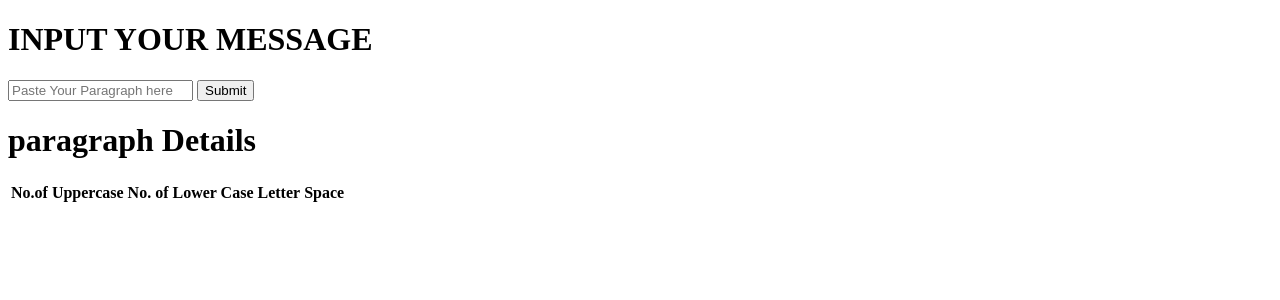
Repository: SharonSebastian32/Paragraph_management_application
Page: index.html
The author's editor kept a copy of each file at every save. The page is drawn from the files as they stood at one save, then again after a run of saves.
The browser window is 1280 px wide. The pictures show the whole page.

Above is the page before, as saved 2024-08-22 14:31:41.

### index.html
<!DOCTYPE html>
<html lang="en">
  <head>
    <meta charset="UTF-8" />
    <meta name="viewport" content="width=device-width, initial-scale=1.0" />
    <title>Document</title>
  </head>
  <body>
    <div class="container">
      <h1>INPUT YOUR MESSAGE</h1>
      <form action="">
        <input
          type="textarea"
          name=""
          id=""
          placeholder="Paste Your Paragraph here"
        />
        <button>Submit</button>
      </form>
      <h1>paragraph Details</h1>
      <table>
        <tr>
          <th>No.of Uppercase</th>
          <th>No. of Lower Case Letter</th>
          <th>Space</th>

        </tr>
      </table>
    </div>
  </body>
</html>

After the next 2 saves:
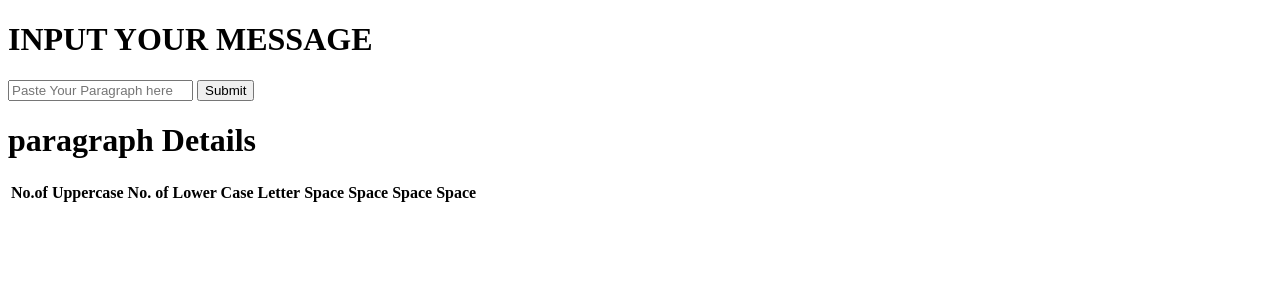
The 2 saves are shown as one change because they came seconds apart.
The last was saved 10 s later.
--- a/index.html
+++ b/index.html
@@ -23,7 +23,9 @@
           <th>No.of Uppercase</th>
           <th>No. of Lower Case Letter</th>
           <th>Space</th>
-
+          <th>Space</th>
+          <th>Space</th>
+          <th>Space</th>
         </tr>
       </table>
     </div>
